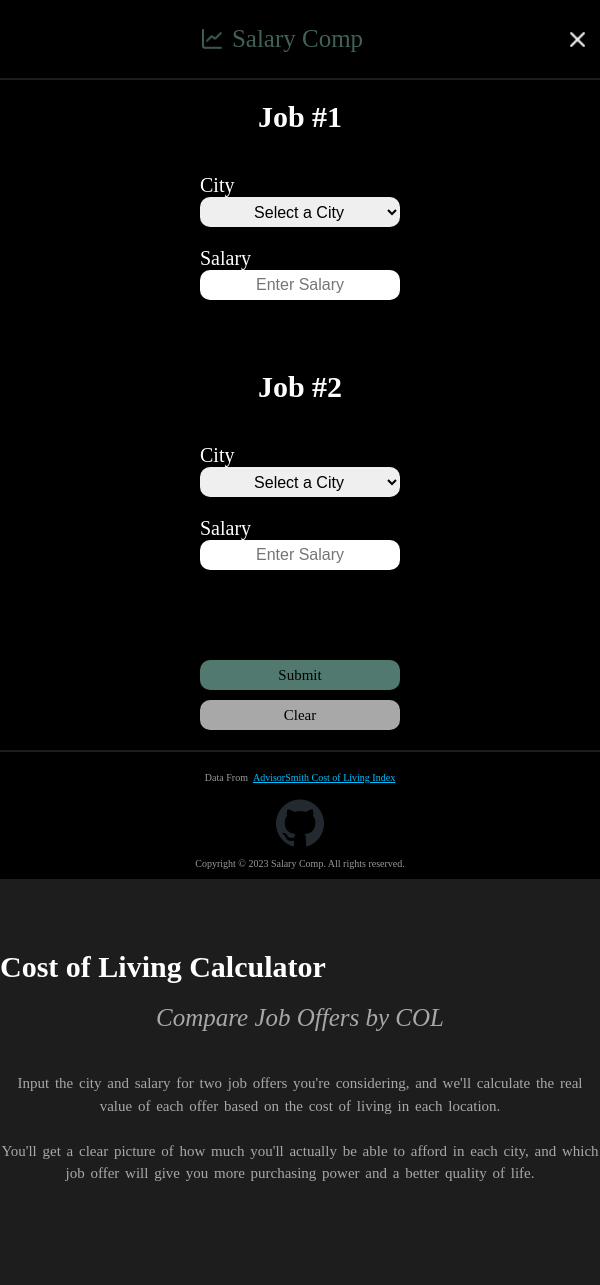
Repository: robbymcd/Salary-Comp
Page: /
The author's editor kept a copy of each file at every save. The page is drawn from the files as they stood at one save, then again after the next save.
The browser window is 600 px wide. The pictures show the whole page.
Some web fonts or font styles are not loaded; a fallback is used. The project was rebuilt for these pictures with package versions that can differ from the ones it lists, and the page was loaded fresh each time. Also part of the build but not shown: src/Main.css, src/Main.js.

Above is the page before, as saved 2023-06-16 18:24:51.

### public/index.html
<!DOCTYPE html>
<html lang="en">
  <head>
    <meta charset="utf-8" />
    <link rel="icon" href="%PUBLIC_URL%/favicon.ico" />
    <meta name="viewport" content="width=device-width, initial-scale=1" />
    <meta name="theme-color" content="#000000" />
    <meta
      name="description"
      content="Compare Job Offers by COL"
    />
    <link rel="apple-touch-icon" href="%PUBLIC_URL%/favicon.ico" />
    <!--
      manifest.json provides metadata used when your web app is installed on a
      user's mobile device or desktop. See https://developers.google.com/web/fundamentals/web-app-manifest/
    -->
    <link rel="manifest" href="%PUBLIC_URL%/manifest.json" />
    <!--
      Notice the use of %PUBLIC_URL% in the tags above.
      It will be replaced with the URL of the `public` folder during the build.
      Only files inside the `public` folder can be referenced from the HTML.

      Unlike "/favicon.ico" or "favicon.ico", "%PUBLIC_URL%/favicon.ico" will
      work correctly both with client-side routing and a non-root public URL.
      Learn how to configure a non-root public URL by running `npm run build`.
    -->
    <title>Salary Comp</title>
  </head>
  <body>
    <noscript>You need to enable JavaScript to run this app.</noscript>
    <div id="root"></div>
    <!--
      This HTML file is a template.
      If you open it directly in the browser, you will see an empty page.

      You can add webfonts, meta tags, or analytics to this file.
      The build step will place the bundled scripts into the <body> tag.

      To begin the development, run `npm start` or `yarn start`.
      To create a production bundle, use `npm run build` or `yarn build`.
    -->
  </body>
</html>

### src/index.css
body {
  margin: 0;
  font-family: -apple-system, BlinkMacSystemFont, 'Segoe UI', 'Roboto', 'Oxygen',
    'Ubuntu', 'Cantarell', 'Fira Sans', 'Droid Sans', 'Helvetica Neue',
    sans-serif;
  -webkit-font-smoothing: antialiased;
  -moz-osx-font-smoothing: grayscale;
  height: 100%;
  width: 100%;
}

html {
  height: 100%;
  width: 100%;
  background-color: #1D1D1D;
}

code {
  font-family: source-code-pro, Menlo, Monaco, Consolas, 'Courier New',
    monospace;
}

### src/App.js
import React, { useState } from 'react';
import './App.css';
import Sidebar from './Sidebar.js';
import Content from './Content.js';

function App() {
  const [isSubmitted, setIsSubmitted] = useState(false);
  const [cityCOL1, setCityCOL1] = useState('');
  const [cityCOL2, setCityCOL2] = useState('');
  const [cityName1, setCityName1] = useState('');
  const [cityName2, setCityName2] = useState('');
  const [salary1, setSalary1] = useState('');
  const [salary2, setSalary2] = useState('');

  const handleFormSubmit = (formData) => {
    setIsSubmitted(true);
    setCityCOL1(formData.cityCOL1);
    setCityCOL2(formData.cityCOL2);
    setCityName1(formData.cityName1);
    setCityName2(formData.cityName2);
    setSalary1(formData.salary1);
    setSalary2(formData.salary2);
  };

  return (
    <div className="main">
        <Sidebar onFormSubmit={handleFormSubmit}/>
        <Content isSubmitted={isSubmitted} cityCOL1={cityCOL1} cityCOL2={cityCOL2} cityName1={cityName1} cityName2={cityName2} salary1={salary1} salary2={salary2} />
    </div>
  );
}

export default App;

### src/App.css
.main {
    display: flex;
    flex-direction: row;
    height: 200%;
    width: 100%;
    background-color: #1D1D1D;
}

@media screen and (max-width: 700px) {
    .main {
        flex-direction: column;
        gap: 100px;
    }
}

### src/Content.js
import React from 'react';
import './Content.css';
import Instruction from './Instruction.js';
import Main from './Main.js';

export default function Content({ isSubmitted ,cityCOL1 ,cityCOL2, cityName1, cityName2 , salary1, salary2 }) {

    return (
        <div className='Content-container'>
            {isSubmitted ? <Main cityCOL1={cityCOL1} cityCOL2={cityCOL2} cityName1={cityName1} cityName2={cityName2} salary1={salary1} salary2={salary2}/> : <Instruction />}
        </div>
    );
}

### src/Sidebar.css
@import url('https://fonts.googleapis.com/css?family=Roboto-Mono');
@import url('https://fonts.googleapis.com/css?family=Mukta-Vaani');
.sidebar {
    display: flex;
    height: 100vh;
    width: fit-content;
}

.closed-sidebar {
    display: flex;
    height: 100vh;
    width: fit-content;
    margin-right: 22vw;
}

.plusIcon {
    height: 30px;
    width: 30px;
    margin-left: 20px;
    align-self: center;
    cursor: pointer;
}

.plusIcon:hover {
    opacity: 0.5;
}

.error {
    display: flex;
    font-size: 15px;
    margin-bottom: -15px;
    color: #BA1F33;
}

.button-container {
    display: flex;
    flex-direction: column;
    gap: 10px;
    margin-top: 20px;
}

.submit-container {
    display: flex;
}

.submit {
    height: 30px;
    width: clamp(200px, 20vw, 300px);
    border-radius: 10px;
    border: none;
    outline: none;
    cursor: pointer;
    background-color: #52796F;
    font-family: Mukta Vaani;
    font-size: 15px;
    color: #000;
    font-weight: normal;
    box-shadow: 0px 4px 4px rgba(0, 0, 0, 0.25);
}

.submit:hover {
    opacity: 0.8;
}

.clear-container {
    display: flex;
}

.clear {
    height: 30px;
    width: clamp(200px, 20vw, 300px);
    border-radius: 10px;
    border: none;
    outline: none;
    cursor: pointer;
    background-color: #a8a8a8;
    font-family: Mukta Vaani;
    font-size: 15px;
    color: #000;
    box-shadow: 0px 4px 4px rgba(0, 0, 0, 0.25);
}

.clear:hover {
    opacity: 0.8;
}

@media screen and (min-width: 1650px) {
    .button-container {
        gap: 20px;
    }
}

@media screen and (max-width: 700px) {
    .sidebar {
        display: grid;
        height: fit-content;
        width: 100vw;
    }

    .closed-sidebar {
        height: fit-content;
        justify-content: center;
    }

    .plusIcon {
        margin: 0;
    }

    .submit {
        width: 200px;
    }

    .clear {
        width: 200px;
    }
}

### src/OpenSidebar.css
@import url('https://fonts.googleapis.com/css?family=Roboto-Mono');
@import url('https://fonts.googleapis.com/css?family=Mukta-Vaani');

.open-sidebar {
    display: flex;
    flex-direction: column;
    height: 100vh;
    width: 25vw;
    background-color: #000;
    box-shadow: 0px 0px 4px 4px rgba(0, 0, 0, 0.25);
    margin-right: 8vw;
    transition: transform 0.3s ease-in-out;
}

.sidebar-header {
    display: flex;
    width: 25vw;
    border-bottom: 2px solid #1d1d1d;
    justify-content: space-between;
    align-items: center;
}

.sidebar-wrapper {
    display: inline-block;
}

.centering {
    display: flex;
    flex-direction: row;
    width: 100%;
    align-self: center;
    align-items: center;
    justify-content: center;
}

.logo {
    display: flex;
    flex-direction: row;
    width: 100%;
    align-items: center;
    justify-content: center;
    gap: 10px;
    cursor: pointer;
}

.logo:hover {
    opacity: .8;
}

.logo p {
    font-family: Roboto Mono;
    color: #52796F;
    font-size: 25px;
}

.chart {
    height: 20px;
    width: 20px;
}

.city {
    display: flex;
    flex-direction: column;
    font-family: Mukta Vaani;
    font-style: normal;
    font-weight: 300;
    font-size: 20px;
    color: #fff;
}

.salary{
    display: flex;
    flex-direction: column;
    font-family: Mukta Vaani;
    font-style: normal;
    font-weight: 300;
    font-size: 20px;
    color: #fff;
}

.salary label {
    display: flex;
    justify-self: center;
}

.form {
    display: flex;
    flex-direction: column;
    font-family: Mukta Vaani;
    height: 100%;
    align-items: center;
    gap: 20px;
    border-bottom: 2px solid #1d1d1d;
    justify-content: center;
    padding: 20px;
}

.form h1 {
    color: #fff;
    font-family: Roboto Mono;
    font-size: 30px;
    font-weight: 700;
    font-style: normal;
    text-align: center;
    margin-top: 10px;
    margin-bottom: 0px;
}

select {
    cursor: pointer;
}

input {
    text-decoration: none;
    height: 30px;
    width: clamp(200px, 20vw, 300px);
    border-radius: 10px;
    outline: none;
    border: none;
    padding: 0;
    text-align: center;
    font-size: 16px;
    cursor: pointer;
}

.salarycomp {
    height: 80px;
    width: 360px;
}

.x {
    height: 25px;
    width: 25px;
    cursor: pointer;
    margin-right: 10px;
}

.x:hover {
    opacity: 0.5;
    transition: ease-in-out 0.2s;
}

.footer {
    display: flex;
    flex-direction: column;
    align-items: center;
    justify-content: center;
    width: 100%;
    background-color: #000;
}

.footer p {
    color: #fff;
    opacity: .6;
    font-family: 'Mukta Vaani';
    font-style: normal;
    font-weight: 300;
    font-size: 14px;
    text-align: center;
}

.hiw {
    display: flex;
    flex-direction: row;
    align-items: center;
    justify-content: center;
    gap: 10px;
}

.hiw a {
    font-size: 14px;
    font-weight: 300;
    font-family: 'Mukta Vaani';
    color: #00bfff;
}

.hiw a:hover {
    opacity: 0.5;
    transition: ease-in-out 0.2s;
}

.github {
    height: 50px;
    width: 50px;
    cursor: pointer;
}

.github:hover {
    opacity: 0.8;
}

@media screen and (max-width: 1000px) {
    .footer p {
        font-size: 10px;
    }

    .hiw a {
        font-size: 10px;
    }

    .hiw {
        margin-top: 10px;
        margin-bottom: 5px;
        gap: 5px;
    }
}

@media screen and (min-height: 800px) {
    .form h1 {
        margin-top: 0;
        margin-bottom: 20px;
    }

    input {
        margin-bottom: 50px;
    }
}

@media screen and (max-width: 700px) {
    .open-sidebar {
        width: 100vw;
        margin: 0;
    }

    .sidebar-header {
        width: 100vw;
    }

    .city {
        width: 200px;
    }

    select {
        width: 200px;
    }
}

### src/Select.css
.select-main {
    text-decoration: none;
    height: 30px;
    width: clamp(200px, 20vw, 300px);
    border-radius: 10px;
    outline: none;
    text-align: center;
    font-size: 16px;
}

.select-main select {
    text-align: center;
    text-decoration: none;
    outline: none;
    border: none;
    height: 30px;
    width: clamp(200px, 20vw, 300px);
    border-radius: 10px;
    font-size: 16px;
    padding-left: 10px;
}

### src/Content.css
@import url('https://fonts.googleapis.com/css?family=Kadwa');
@import url('https://fonts.googleapis.com/css?family=Hind-Madurai');

.Content-container {
    display: flex;
    width: 100%;
}

.header {
    display: flex;
    flex-direction: row;
    align-items: center;
    margin-top: 50px;
    gap: 25px;
}

.content h1 {
    font-family: Kadwa;
    font-weight: bold;
    font-size: 45px;
    height: 100%;
    margin: 0;
}

.content h2 {
    font-family: Hind Madurai;
    font-size: 40px;
    color: #a8a8a8;
    margin-top: 50px;
    width: 75%;
    font-weight: 500;
    font-style: italic;
}

.content p {
    display: flex;
    width: 50vw;
    font-family: Hind Madurai;
    font-size: 20px;
    color: #a8a8a8;
    word-spacing: 2px;
    line-height: 1.5;
    margin-top: 50px;
    width: 70%;
}

.content {
    display: flex;
    flex-direction: column;
    color: #fff;
    height: fit-content;
    width: 100%;
    justify-items: center;
}

.calculator {
    display: flex;
    height: 150px;
    width: 150px;
}

@media screen and (max-width: 700px) {
    .Content-container {
        width: 100vw;
        justify-content: center;
        text-align: center;
    }

    .calculator {
        display: none;
    }
    .content h1 {
        text-align: center;
        font-size: 30px;
    }

    .content h2 {
        font-size: 25px;
        width: 100vw;
        margin-top: 20px;
        margin-bottom: 20px;
    }

    .content p {
        font-size: 15px;
        width: 100vw;
        margin-top: 20px;
        margin-bottom: 100px;
    }
}

### src/Instruction.js
import calculator from './calculator.png';

export default function Instruction() {
    return (
        <div className="content">
            <div className="header">
                <h1>Cost of Living Calculator</h1>
                <img className="calculator" src={calculator} alt='calculator'></img>
            </div>
            <h2>Compare Job Offers by COL</h2>
            <p>Input the city and salary for two job offers you're considering, and we'll calculate the real value of each offer based on the cost of living in each location.<br/><br/>You'll get a clear picture of how much you'll actually be able to afford in each city, and which job offer will give you more purchasing power and a better quality of life.
            </p>
        </div>
    );
}

Loaded but not shown: src/index.js (common file); src/reportWebVitals.js (common file); src/Sidebar.js (399 lines, source omitted)

After the next save:
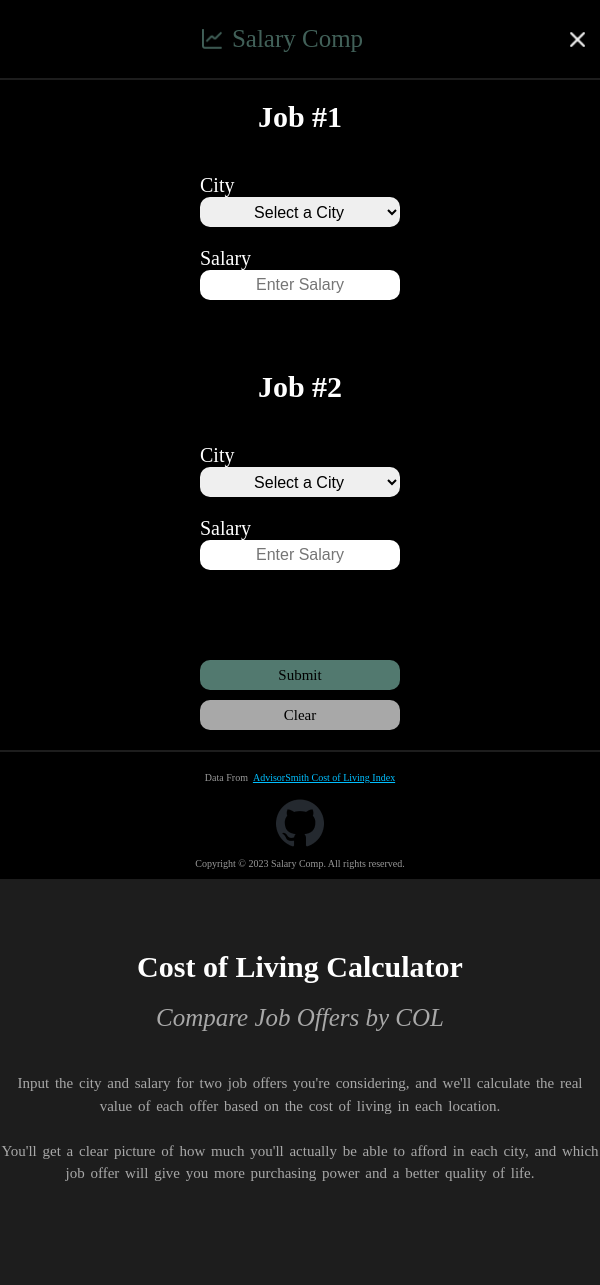
Saved 11 s later.
--- a/src/Content.css
+++ b/src/Content.css
@@ -70,6 +70,8 @@
         display: none;
     }
     .content h1 {
+        height: 100%;
+        width: 100%;
         text-align: center;
         font-size: 30px;
     }
